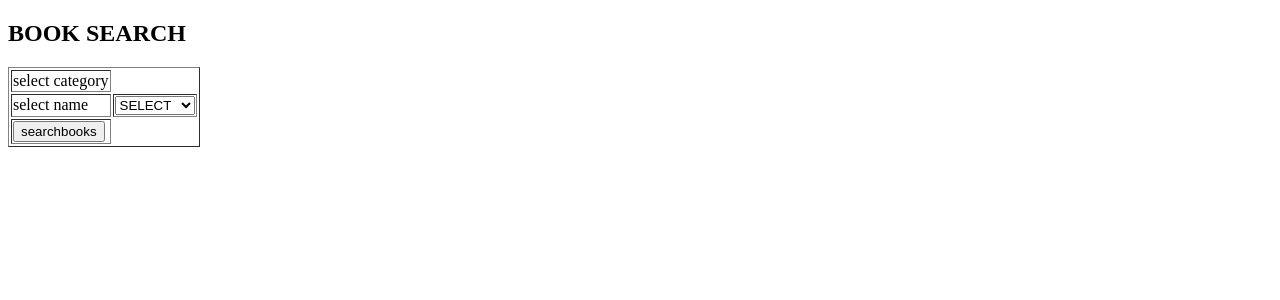
Repository: loky91/MYLABSONLY
Page: http://localhost/Lab9_SHOPPING_CART/
The author's editor kept a copy of each file at every save. The page is drawn from the files as they stood at one save, then again after the next save.
The browser window is 1280 px wide. The pictures show the whole page.
The page is served by Tomcat 9. Other server files are loaded and not shown.

Above is the page before, as saved 2017-07-02 01:40:00.

### J2EE-SERVLET/Lab9_SHOPPING_CART/WebContent/index.jsp
<%@ page language="java" contentType="text/html; charset=ISO-8859-1"
    pageEncoding="ISO-8859-1"%>
<!DOCTYPE html PUBLIC "-//W3C//DTD HTML 4.01 Transitional//EN" "http://www.w3.org/TR/html4/loose.dtd">
<html>
<head>
<meta http-equiv="Content-Type" content="text/html; charset=ISO-8859-1">
<title>Insert title here</title>
</head>
<body>
<h2>BOOK SEARCH</h2>

<form action="searchbook.jlc">

<table border="1">
<tr align="center">
<td align="center">select category</td>

</tr>
<tr><td>select name</td><td> <select name="category">
<option value="select" >SELECT</option>
<option value="java">java</option>
<option value="testing">TESTING</option>
<option value=".NET">.NET</option>

</select> </td></tr>

<tr><td> <input type="submit" value="searchbooks"/> </td></tr>

</table>

</form>




</body>
</html>

After the next save:
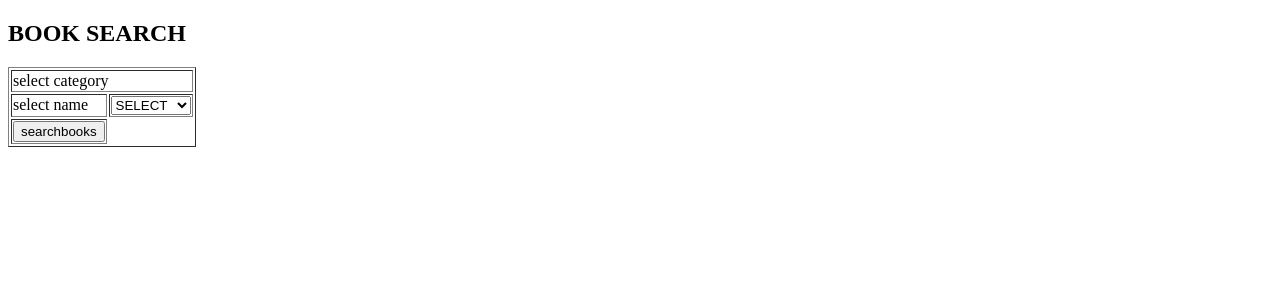
Saved 75 s later.
--- a/J2EE-SERVLET/Lab9_SHOPPING_CART/WebContent/index.jsp
+++ b/J2EE-SERVLET/Lab9_SHOPPING_CART/WebContent/index.jsp
@@ -12,8 +12,8 @@
 <form action="searchbook.jlc">
 
 <table border="1">
-<tr align="center">
-<td align="center">select category</td>
+<tr>
+<td colspan="2">select category</td>
 
 </tr>
 <tr><td>select name</td><td> <select name="category">
